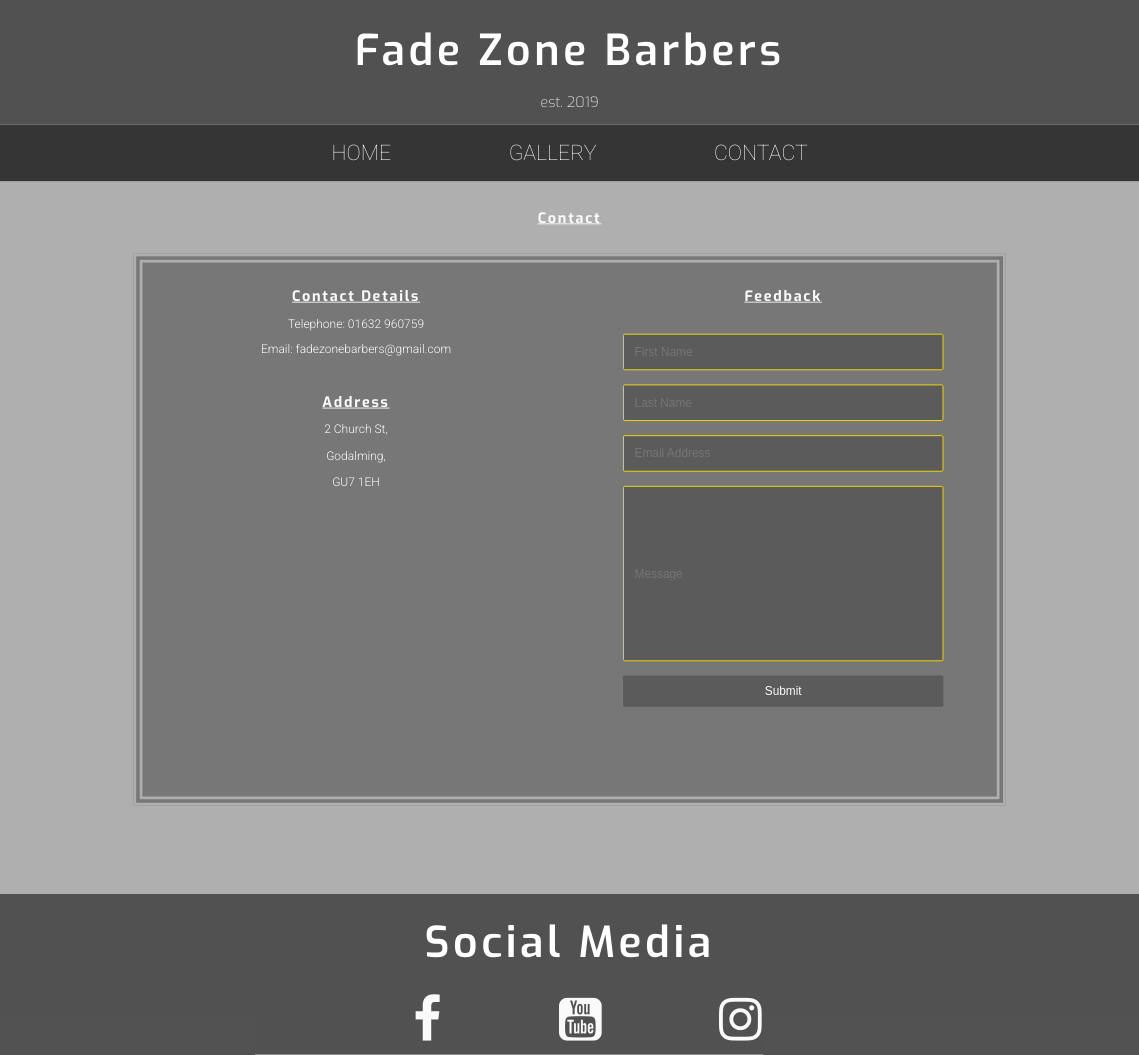
Repository: Boofy360/fade-zone-barbers
Page: contact.html
The author's editor kept a record of every edit. The page is drawn from the files as they stood at one moment, then again after the next edit.
The browser window is 1280 px wide. The pictures show the whole page, at 89% of full size.

Above is the page before.

After the next edit:
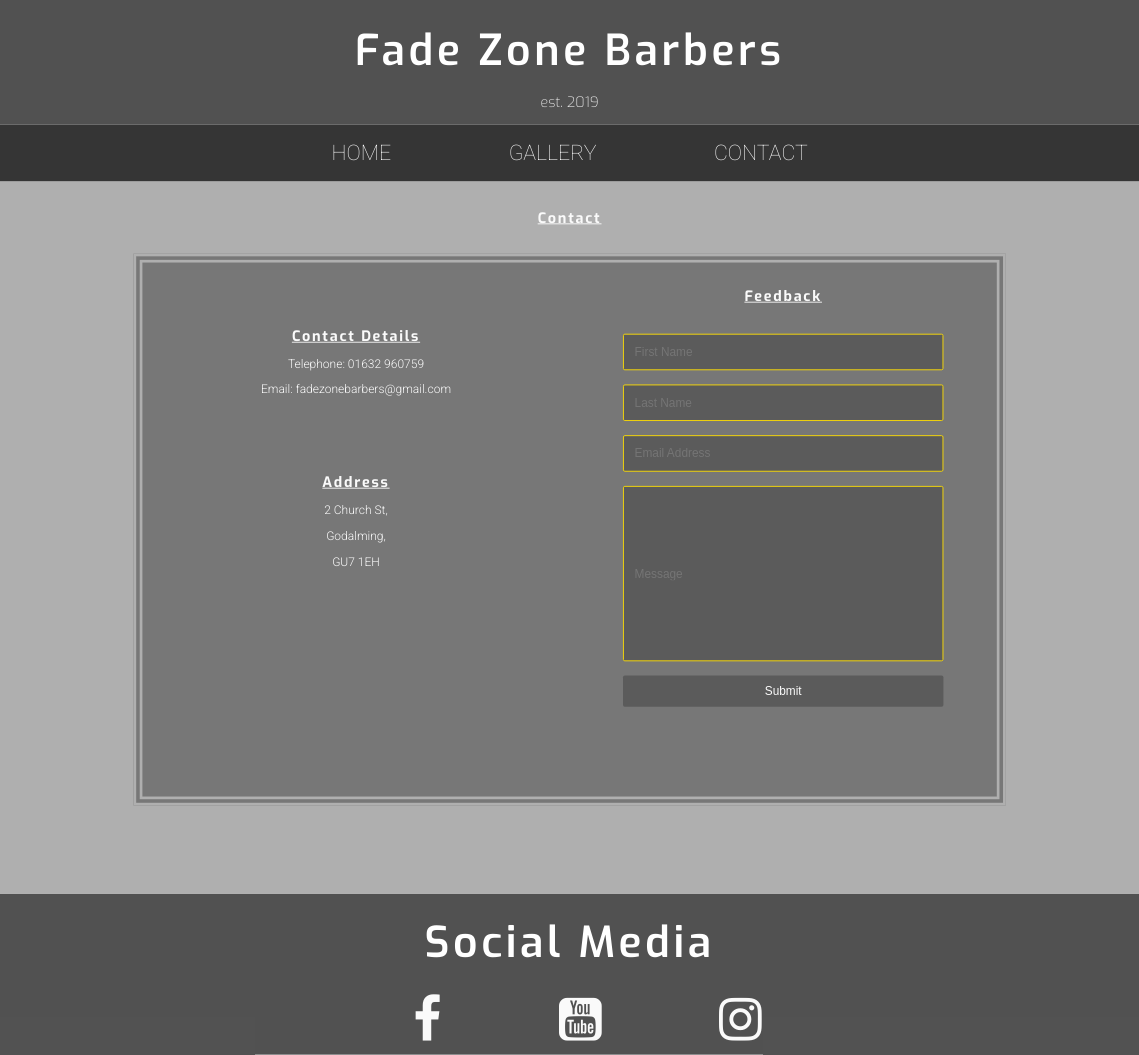
The edit:
--- a/assets/css/style.css
+++ b/assets/css/style.css
@@ -220,6 +220,7 @@
 }
 
 #left-contact h2 {
+    padding-top: 75px;
     padding-bottom: 0px
 }
 
